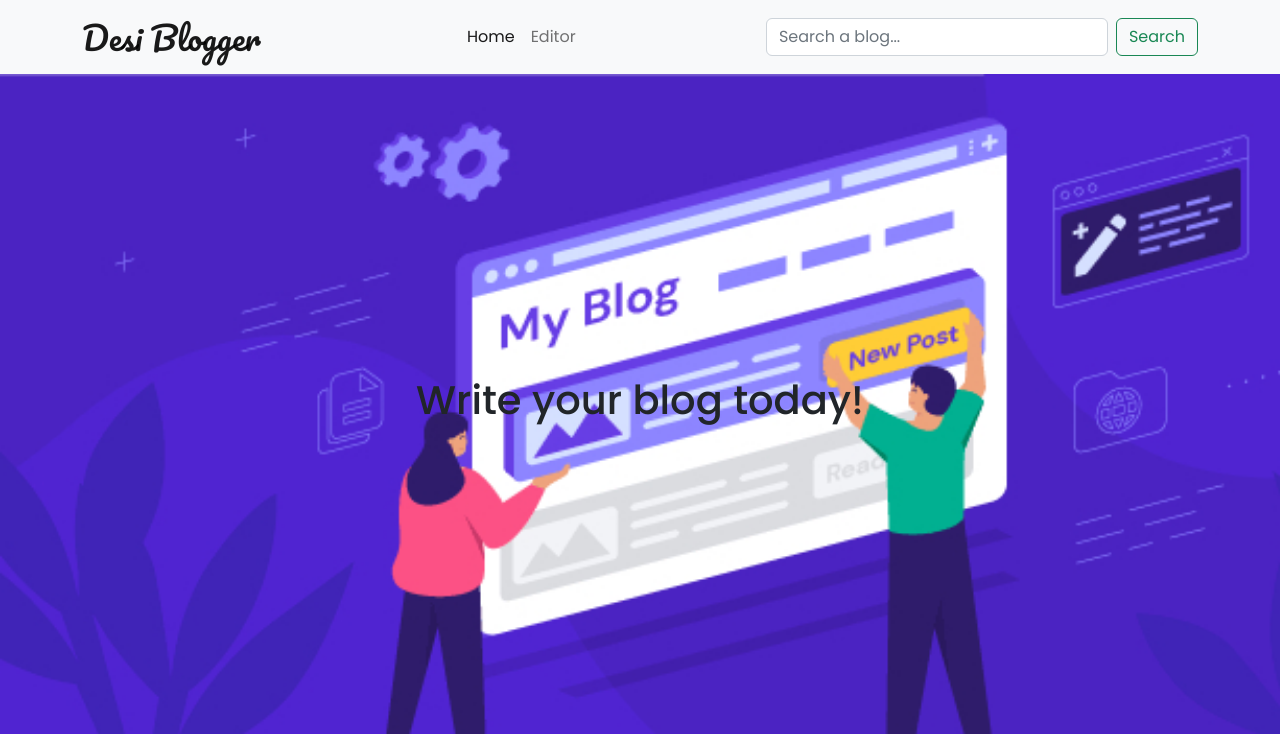
Repository: badhon252/Desi_Blogger
Page: public/home.html
The author's editor kept a copy of each file at every save. The page is drawn from the files as they stood at one save, then again after the next save.
The browser window is 1280 px wide. The pictures show the whole page.

Above is the page before, as saved 2022-11-15 19:35:01.

After the next save:
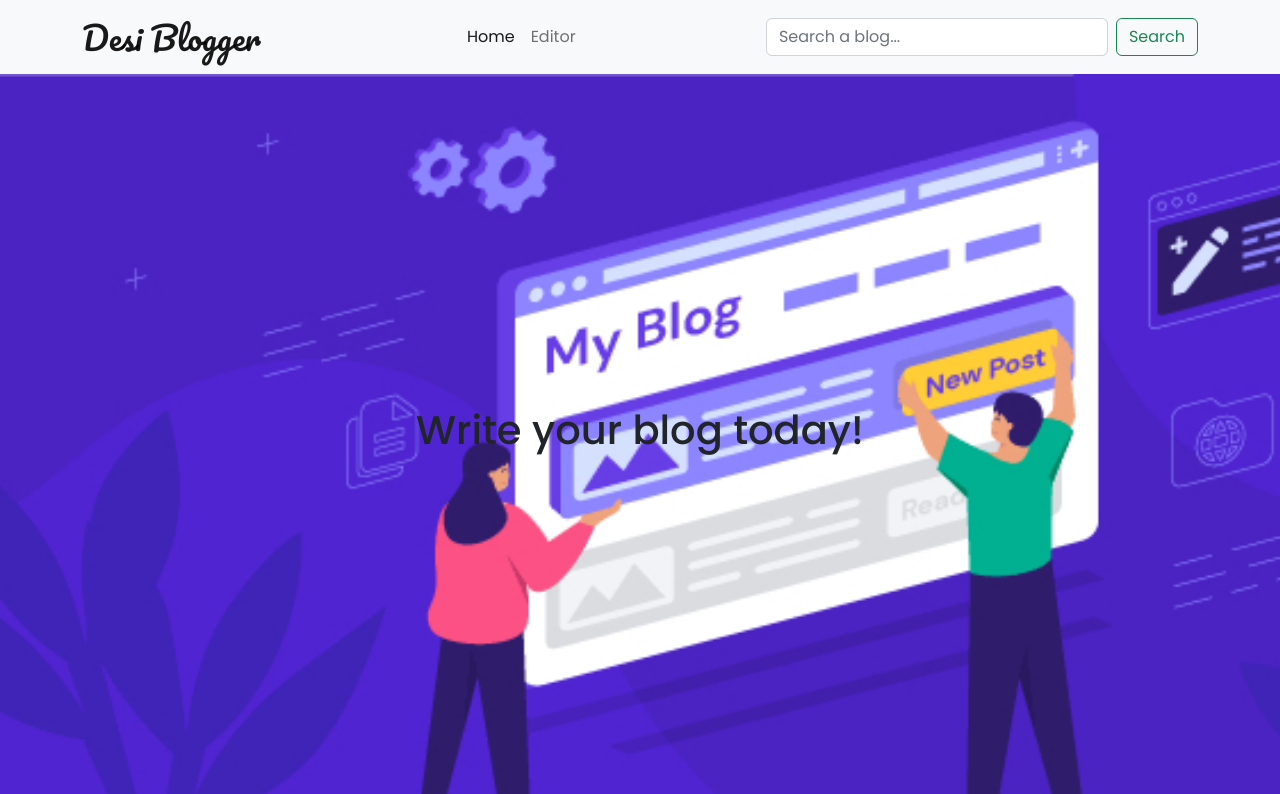
Saved 3 min 12 s later.
--- a/public/css/home.css
+++ b/public/css/home.css
@@ -36,7 +36,7 @@ body {
 
 .header-content {
   width: 100%;
-  height: calc(100vh - 60px);
+  height: calc(100vh);
   background-image: url(../img/header-content.jpg);
   background-size: cover;
   display: flex;
